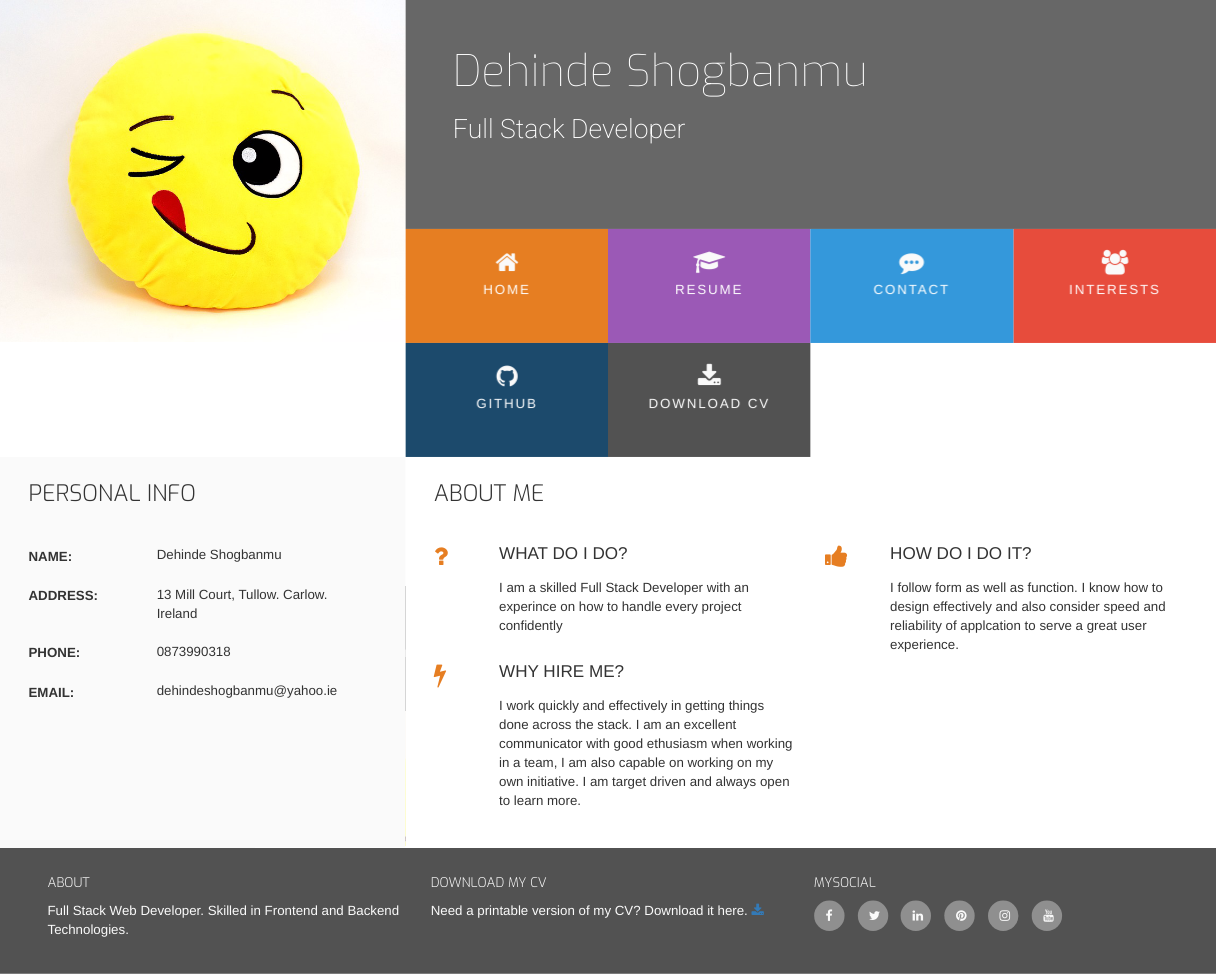
Repository: dennyshow/project_CV
Page: index.html
The author's editor kept a record of every edit. The page is drawn from the files as they stood at one moment, then again after the next edit.
The browser window is 1280 px wide. The pictures show the whole page, at 95% of full size.

Above is the page before.

After the next edit:
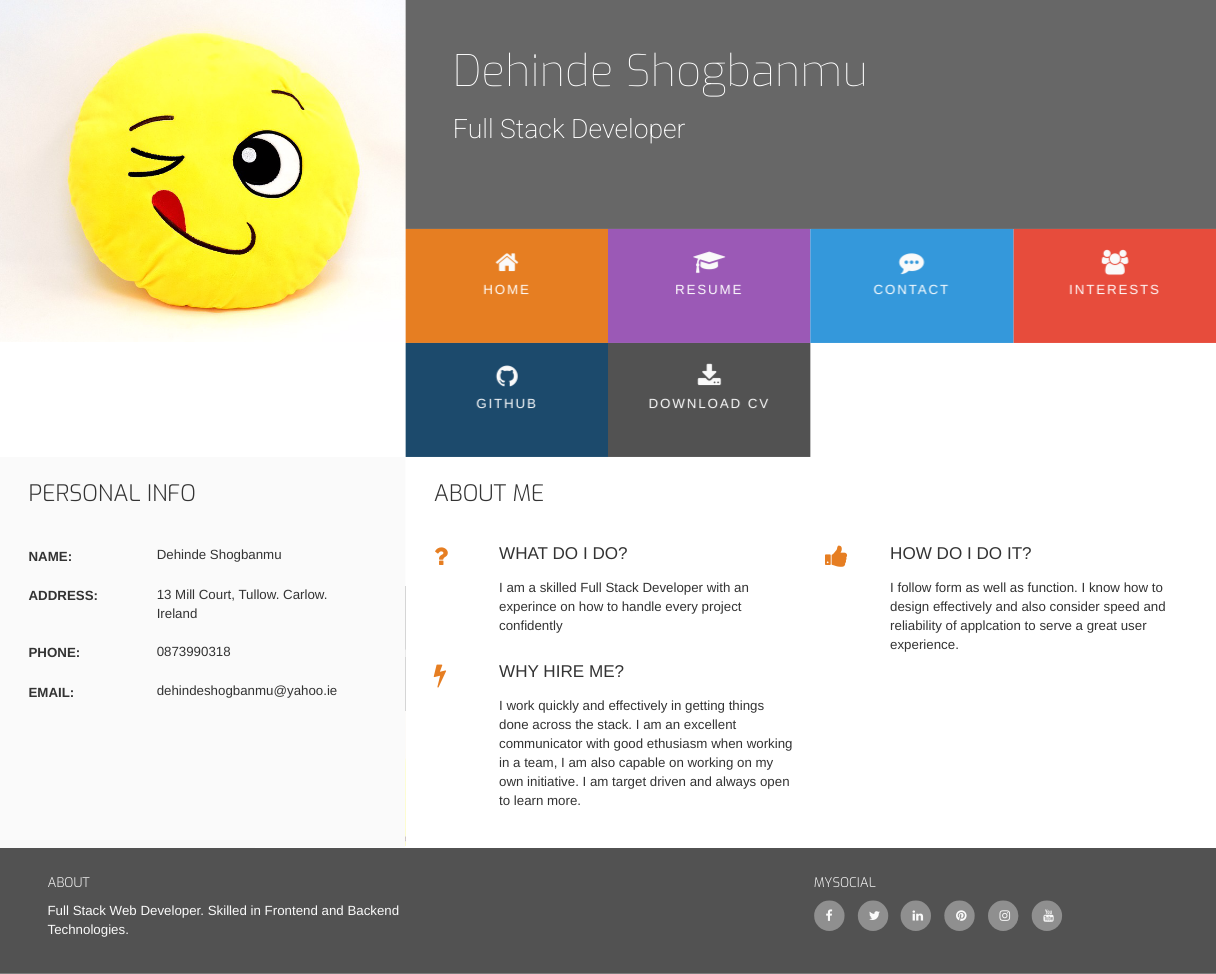
The edit:
--- a/index.html
+++ b/index.html
@@ -155,12 +155,10 @@
             </p>
         </div>
         <div class="col-sm-4">
-            <h5 class="uppercase general-sub">Download My CV</h5>
-            <p class="inline-block">
-                Need a printable version of my CV? Download it here.
-                <a href="assets/CV/Curriculum Vitae.pdf" target=" class=" cv-pdf "><i class="fa fa-download " aria-hidden="true "></i></a>
-            </p>
+
         </div>
+
+
 
                 <div class="col-sm-4 ">
                     <h5 class="uppercase general-sub ">MySocial</h5>

After the 3 edits that followed:
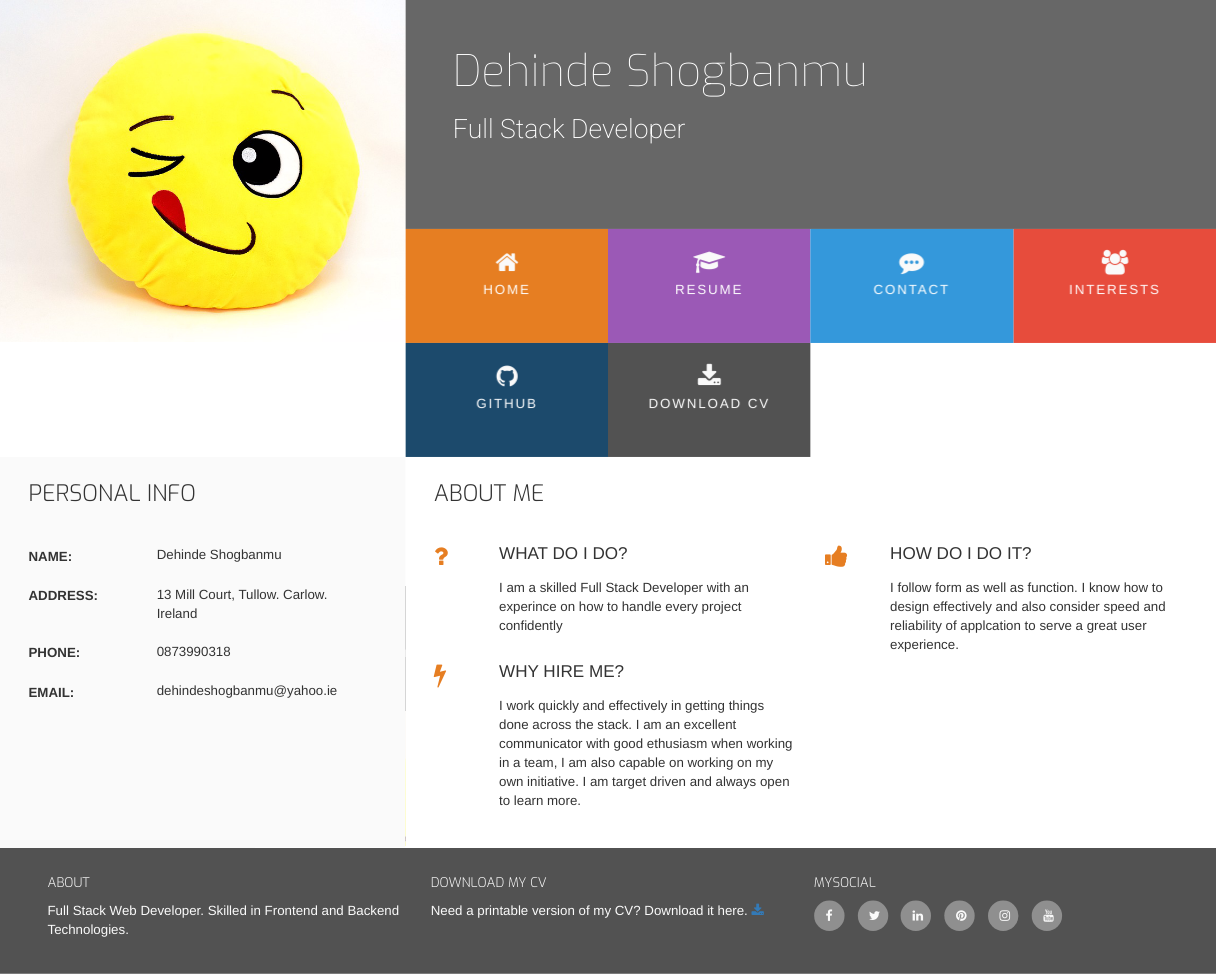
The 3 edits are shown as one change because 2 left the picture as it was.
The edit:
--- a/index.html
+++ b/index.html
@@ -155,12 +155,16 @@
             </p>
         </div>
         <div class="col-sm-4">
+            <h5 class="uppercase general-sub">Download My CV</h5>
+            <p class="inline-block">
+                Need a printable version of my CV? Download it here.
+                <a href="assets/CV/Curriculum Vitae.pdf" target=" class=" cv-pdf "> <i class="fa fa-download " aria-hidden="true "></i> </a>
 
         </div>
 
 
 
-                <div class="col-sm-4 ">
+        <div class="col-sm-4 ">
                     <h5 class="uppercase general-sub ">MySocial</h5>
                     <ul class="list-inline social-links ">
                         <li><a target="_blank " href="# "><i class="fa fa-facebook "></i></a></li>
@@ -172,8 +176,6 @@
                     </ul>
                 </div>
     </div>
-
-
 </footer>
 
   </body>
